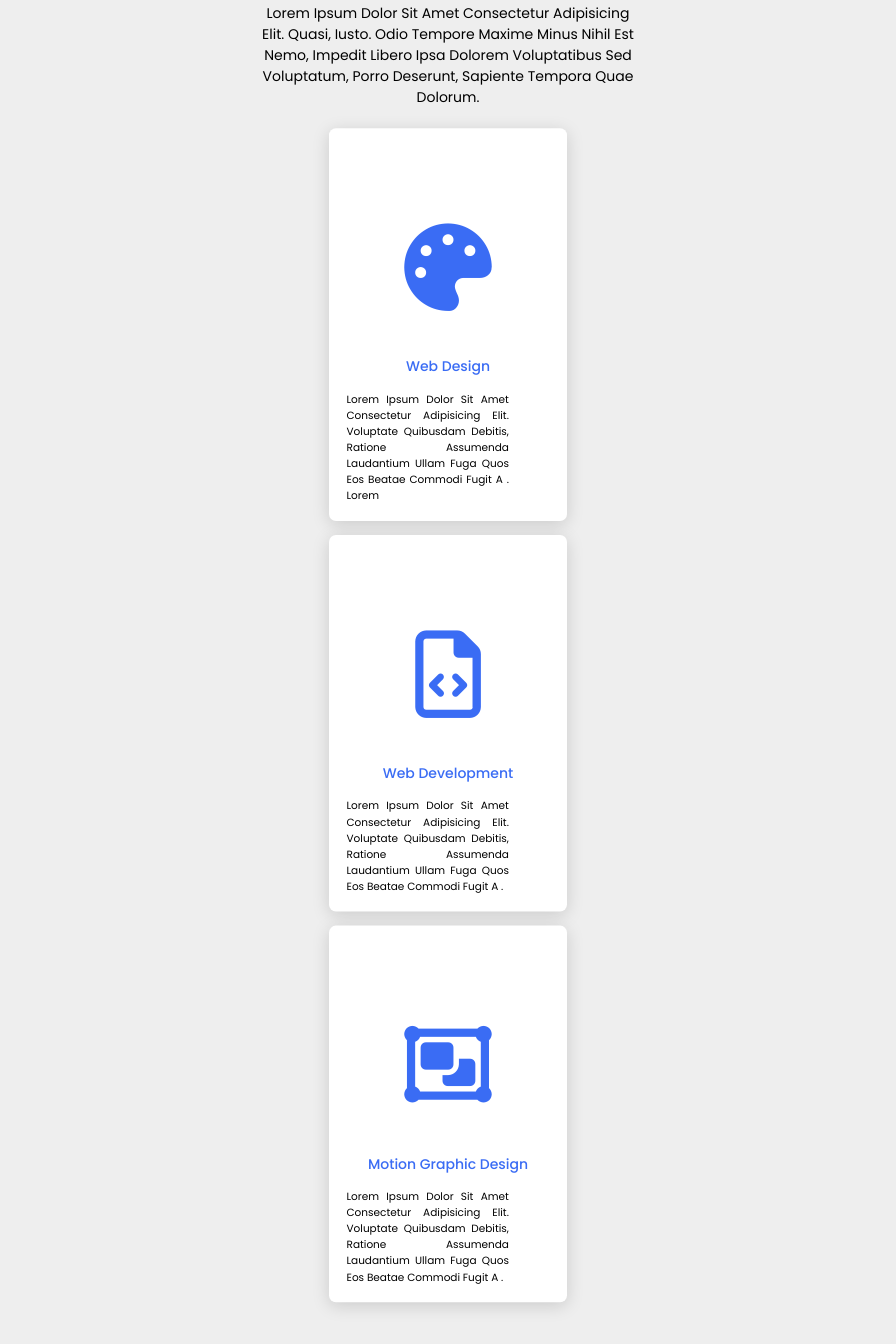
Repository: Pinocoding/New
Page: index.html
An editor plug-in stored every save of this project. The page is shown before and after the next save, followed by the edit.
The browser window is 1280 px wide. The pictures show the part of the page from y = 2636 to 4556 px (the page is 4556 px tall before and 4383 px after), at 70% of full size.
Backgrounds fixed to the window are drawn as part of the page.

Above is the page before, as saved 2021-10-13 23:38:51.

After the next save:
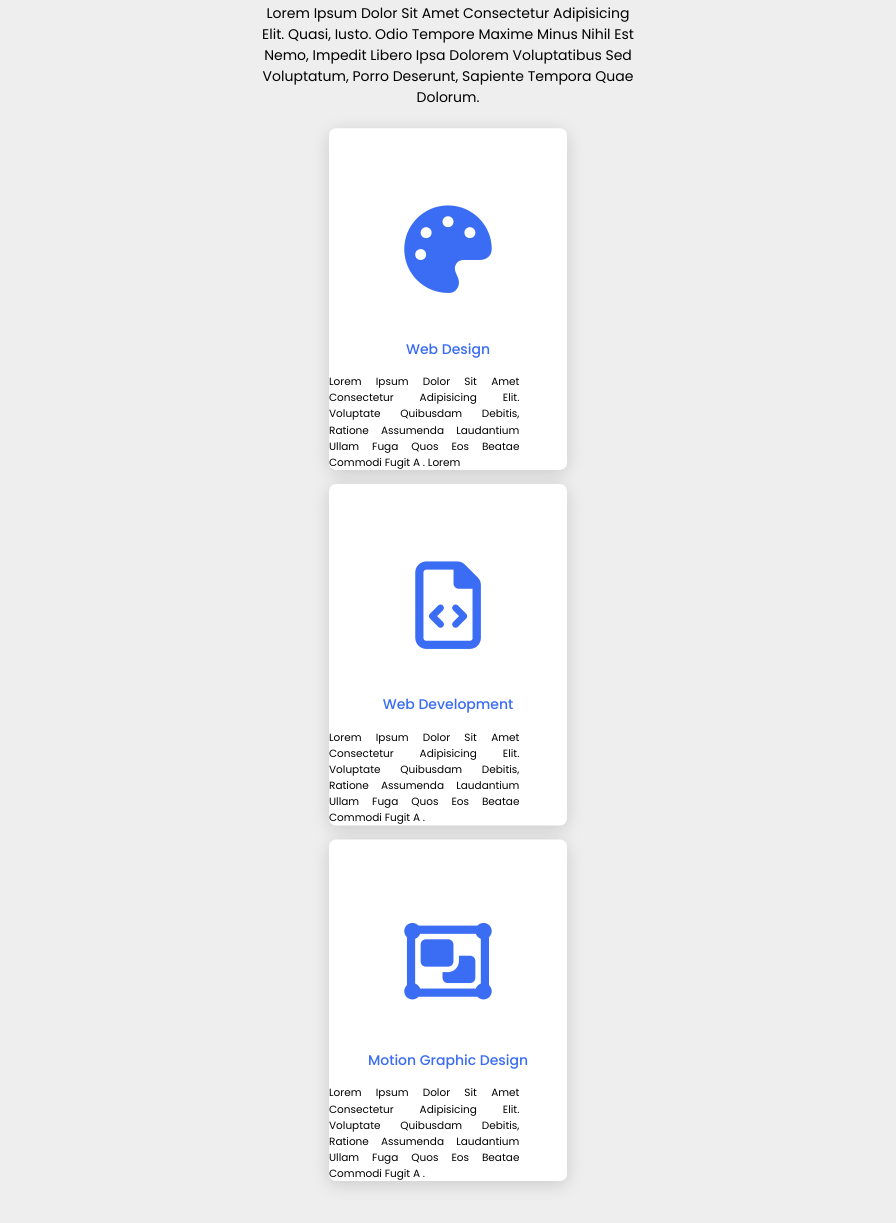
Saved 6 s later.
--- a/style.css
+++ b/style.css
@@ -378,7 +378,7 @@
   background-color: white;
   width: 34rem;
   margin: 10px;
-  padding: 25px;
+  /* padding: 25px; */
   justify-content: center;
   align-items: center;
   flex-direction: column;

After the save that followed:
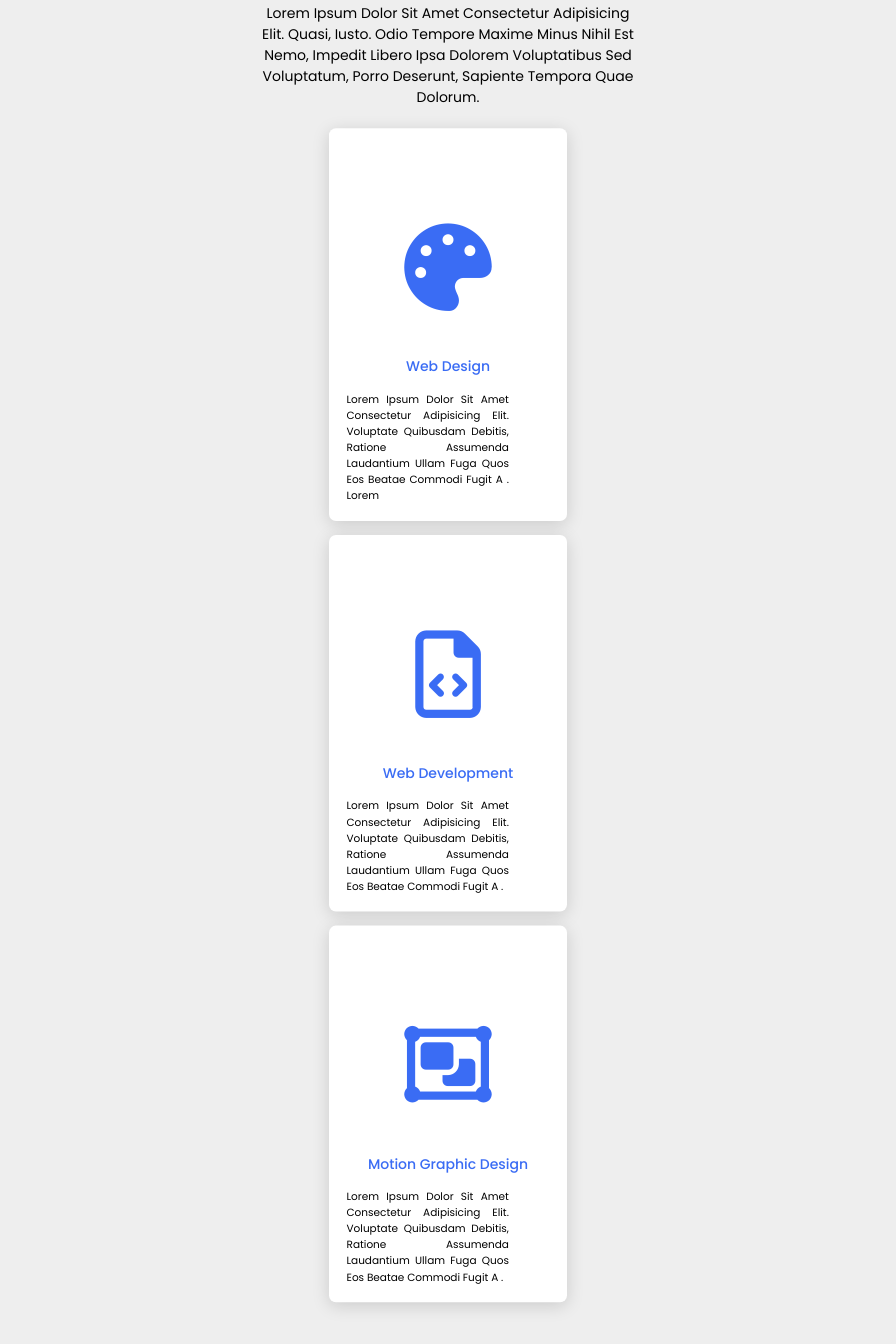
Saved 4 s later.
--- a/style.css
+++ b/style.css
@@ -378,7 +378,7 @@
   background-color: white;
   width: 34rem;
   margin: 10px;
-  /* padding: 25px; */
+  padding: 25px;
   justify-content: center;
   align-items: center;
   flex-direction: column;
